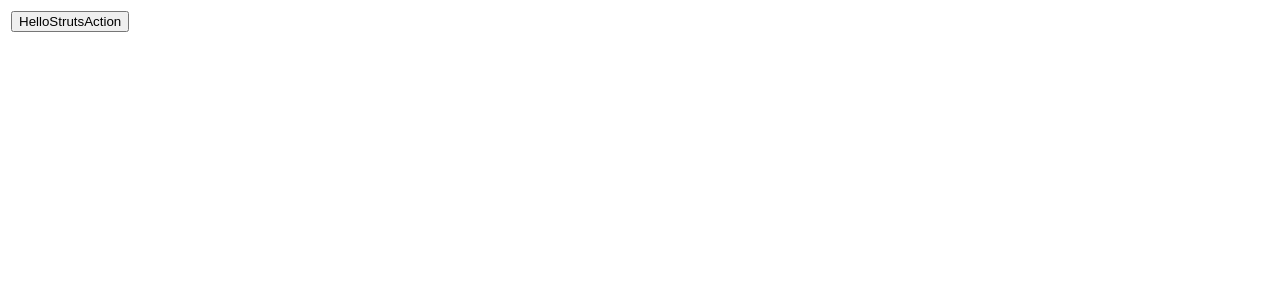
Repository: miyadai00/test
Page: http://localhost/WebProj2/
These files come from the project's save history. The page is drawn as it stood at one moment and after the next save; the edit follows.
The browser window is 1280 px wide. The pictures show the whole page.
The page is served by Tomcat 9. Other server files are loaded and not shown.

Above is the page before, as saved 2018-10-26 12:36:29.

### WebProj2/WebContent/index.jsp
<%@ page language="java" contentType="text/html; charset=UTF-8" pageEncoding="UTF-8"%>
<%@ taglib prefix="s" uri="/struts-tags" %>
<!DOCTYPE html PUBLIC "-//W3C//DTD HTML 4.01 Transitional//EN" "http://www.w3.org/TR/html4/loose.dtd">
<html>
<head>
<meta http-equiv="Content-Type" content="text/html; charset=uts-8">
<title>INDEX</title>
</head>
<body>

	<s:form action="HelloStrutsAction">
		<s:submit value="HelloStrutsAction"/>
	</s:form>

</body>
</html>

After the next save:
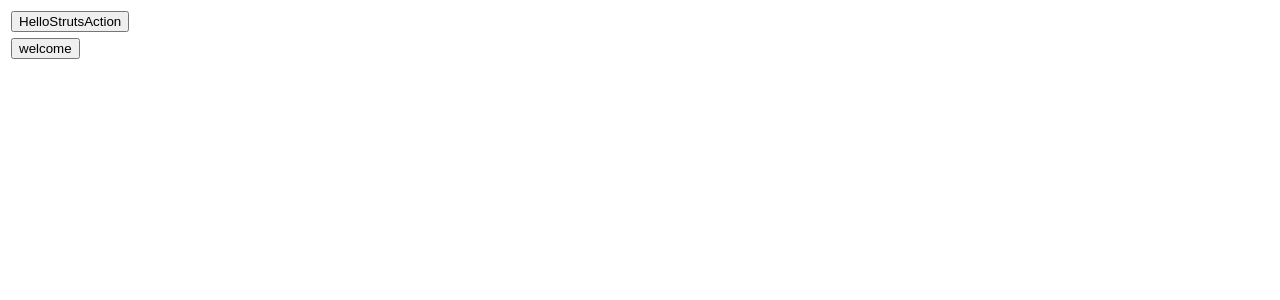
Saved 2 days later.
--- a/WebProj2/WebContent/index.jsp
+++ b/WebProj2/WebContent/index.jsp
@@ -12,5 +12,9 @@
 		<s:submit value="HelloStrutsAction"/>
 	</s:form>
 
+	<s:form acton="WelcomeStrutsAction">
+		<s:submit value="welcome"/>
+	</s:form>
+
 </body>
 </html>
